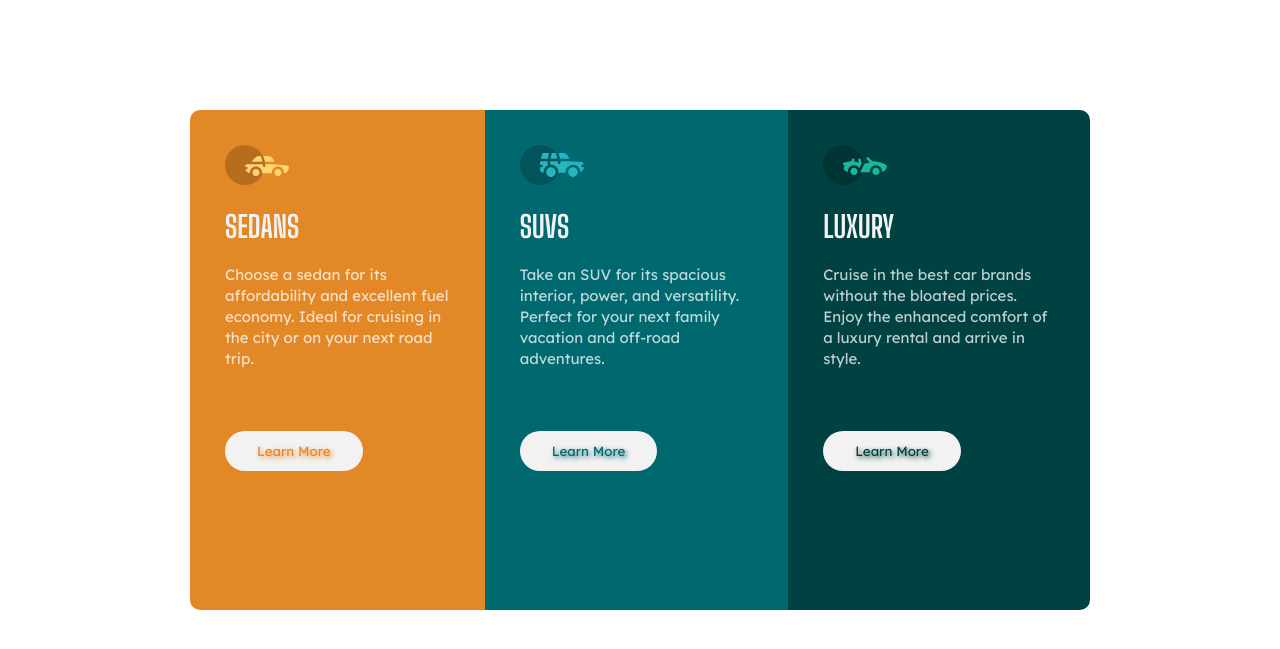
Repository: thaibaocoder1/3-column-card
Page: index.html
The author's editor kept a copy of each file at every save. The page is drawn from the files as they stood at one save, then again after the next save.
The browser window is 1280 px wide. The pictures show the whole page.
The pointer rests on the first visible `.container__box .container--btn`.

Above is the page before, as saved 2023-01-11 21:12:29.

### index.html
<!DOCTYPE html>
<html lang="en">
<head>
  <meta charset="UTF-8">
  <meta name="viewport" content="width=device-width, initial-scale=1.0">
  <link rel="icon" type="image/png" sizes="32x32" href="./images/favicon-32x32.png">
  <title>Frontend Mentor | 3-column preview card component</title>
  <link rel="preconnect" href="https://fonts.googleapis.com">
  <link rel="preconnect" href="https://fonts.gstatic.com" crossorigin>
  <link href="https://fonts.googleapis.com/css2?family=Big+Shoulders+Display:wght@700&family=Lexend+Deca&display=swap" rel="stylesheet">
  <link rel="stylesheet" href="./styles.css">
</head>
<body>

  <main class="container">
    <div class="container__box container__box--one">
      <img src="./images/icon-sedans.svg" alt="" class="container--image">
      <h1 class="container--heading">Sedans</h1>
      <p class="container--content">
        Choose a sedan for its affordability and excellent fuel economy. Ideal for cruising in the city
        or on your next road trip.
      </p>
      <button class="container--btn container--btn-one">Learn More</button>
    </div>

    <div class="container__box container__box--two">
      <img src="./images/icon-suvs.svg" alt="" class="container--image">
      <h1 class="container--heading">Suvs</h1>
      <p class="container--content">
        Take an SUV for its spacious interior, power, and versatility. Perfect for your next family vacation
        and off-road adventures.
      </p>
      <button class="container--btn container--btn-two">Learn More</button>
    </div>

    <div class="container__box container__box--three">
      <img src="./images/icon-luxury.svg" alt="" class="container--image">
      <h1 class="container--heading">Luxury</h1>
      <p class="container--content">
        Cruise in the best car brands without the bloated prices. Enjoy the enhanced comfort of a luxury
        rental and arrive in style.
      </p>
      <button class="container--btn container--btn-three">Learn More</button>
    </div>
  </main>


</body>
</html>

### styles.css
* {
    margin: 0;
    padding: 0;
    box-sizing: border-box;
}
html {
    font-size: 62.5%;
}
body {
    text-rendering: optimizeLegibility;
    scroll-behavior: smooth;
    font-family: 'Big Shoulders Display', cursive;
    font-family: 'Lexend Deca', sans-serif;
    display: flex;
    align-items: center;
    justify-content: center;
    min-height: calc(100vh - 1px);
}
:root {
    --bright-orange: hsl(31, 77%, 52%);
    --dark-cyan: hsl(184, 100%, 22%);
    --very-dark-cyan: hsl(179, 100%, 13%);
    --white-p:  hsla(0, 0%, 100%, 0.75);
    --light-gray: hsl(0, 0%, 95%);
}
.container {
    max-width: 90rem;
    height: 50rem;
    margin: 0 auto;
    display: flex;
    align-items: stretch;
    justify-content: center;
}
.container .container__box--one {
    background-color: var(--bright-orange);
    border-radius: 1rem 0 0 1rem;
}
.container .container__box--two {
    background-color: var(--dark-cyan);
}
.container .container__box--three {
    background-color: var(--very-dark-cyan);
    border-radius: 0 1rem 1rem 0;
}
.container .container__box {
    padding: 3.5rem;
}
.container__box .container--heading {
    color: var(--light-gray);
    font-family: 'Big Shoulders Display', cursive;
    text-transform: uppercase;
    font-size: 3rem;
    margin: 2rem 0;
    font-weight: 500;
}
.container__box .container--content {
    color: var(--white-p);
    margin-bottom: 6.2rem;
    font-size: 1.5rem;
    line-height: 1.4;
}
.container__box .container--btn {
    padding: 1.2rem 3.2rem;
    border: none;
    border-radius: 2rem;
    background-color: var(--light-gray);
    cursor: pointer;
}
.container__box .container--btn-one {
    color: var(--bright-orange);
    font-family: 'Lexend Deca', sans-serif;
    font-weight: 500;
    text-shadow: 2px 2px 5px var(--bright-orange);
}
.container__box .container--btn-two {
    color: var(--dark-cyan);
    font-family: 'Lexend Deca', sans-serif;
    font-weight: 500;
    text-shadow: 2px 2px 5px var(--dark-cyan);
}
.container__box .container--btn-three {
    color: var(--very-dark-cyan);
    font-family: 'Lexend Deca', sans-serif;
    font-weight: 500;
    text-shadow: 2px 2px 5px var(--very-dark-cyan);
}

After the next save:
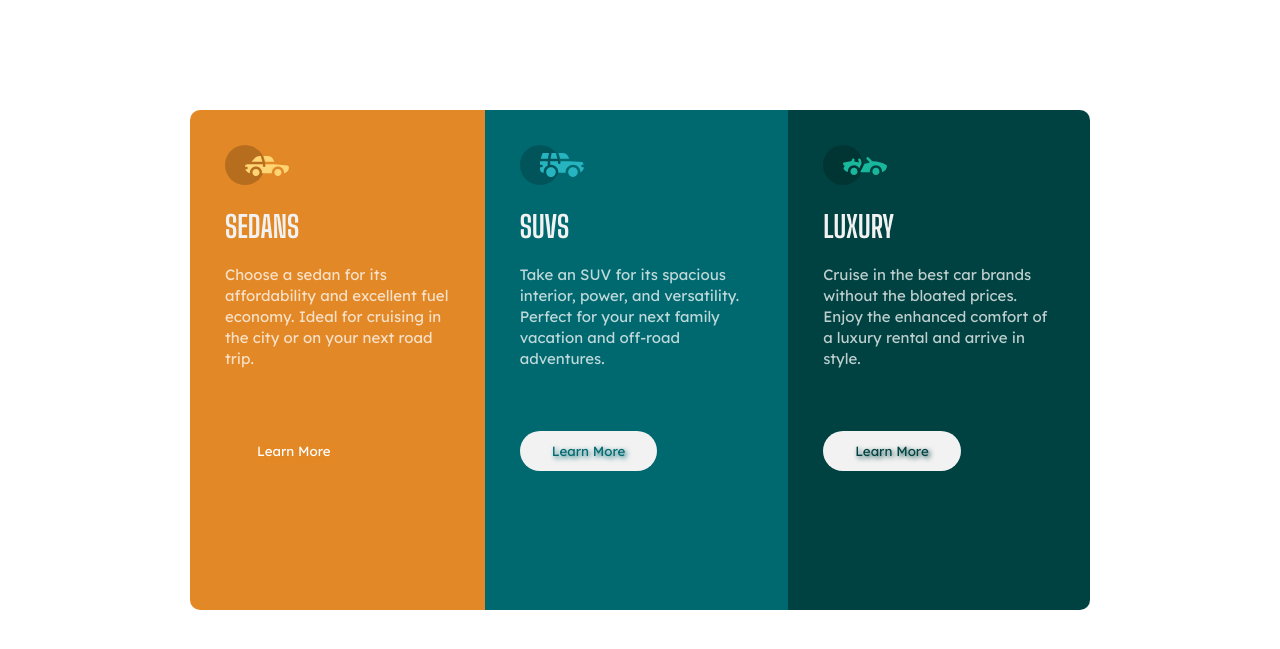
Saved 64 s later.
--- a/styles.css
+++ b/styles.css
@@ -84,3 +84,7 @@
     font-weight: 500;
     text-shadow: 2px 2px 5px var(--very-dark-cyan);
 }
+.container__box .container--btn:hover {
+    background-color: transparent;
+    color: #fff;
+}
